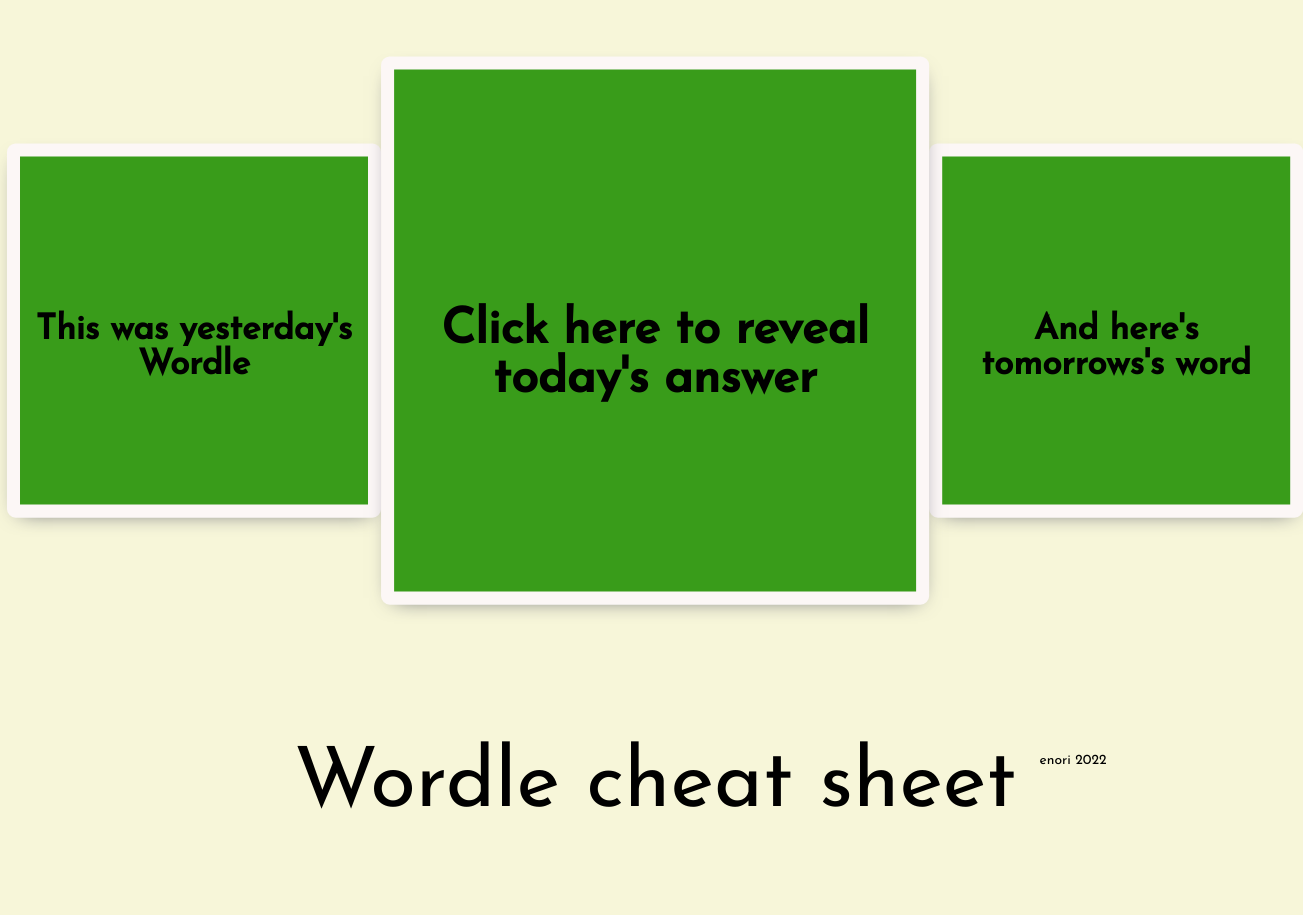
Repository: enoripl/tomorrows-wordle
Page: index.html
The author's editor kept a copy of each file at every save. The page is drawn from the files as they stood at one save, then again after the next save.
The browser window is 1280 px wide. The page is 1498 px wide, so the pictures cover 1498 px, including what lies to the right of the window. The pictures show the whole page, at 87% of full size.

Above is the page before, as saved 2022-02-09 19:49:16.

After the next save:
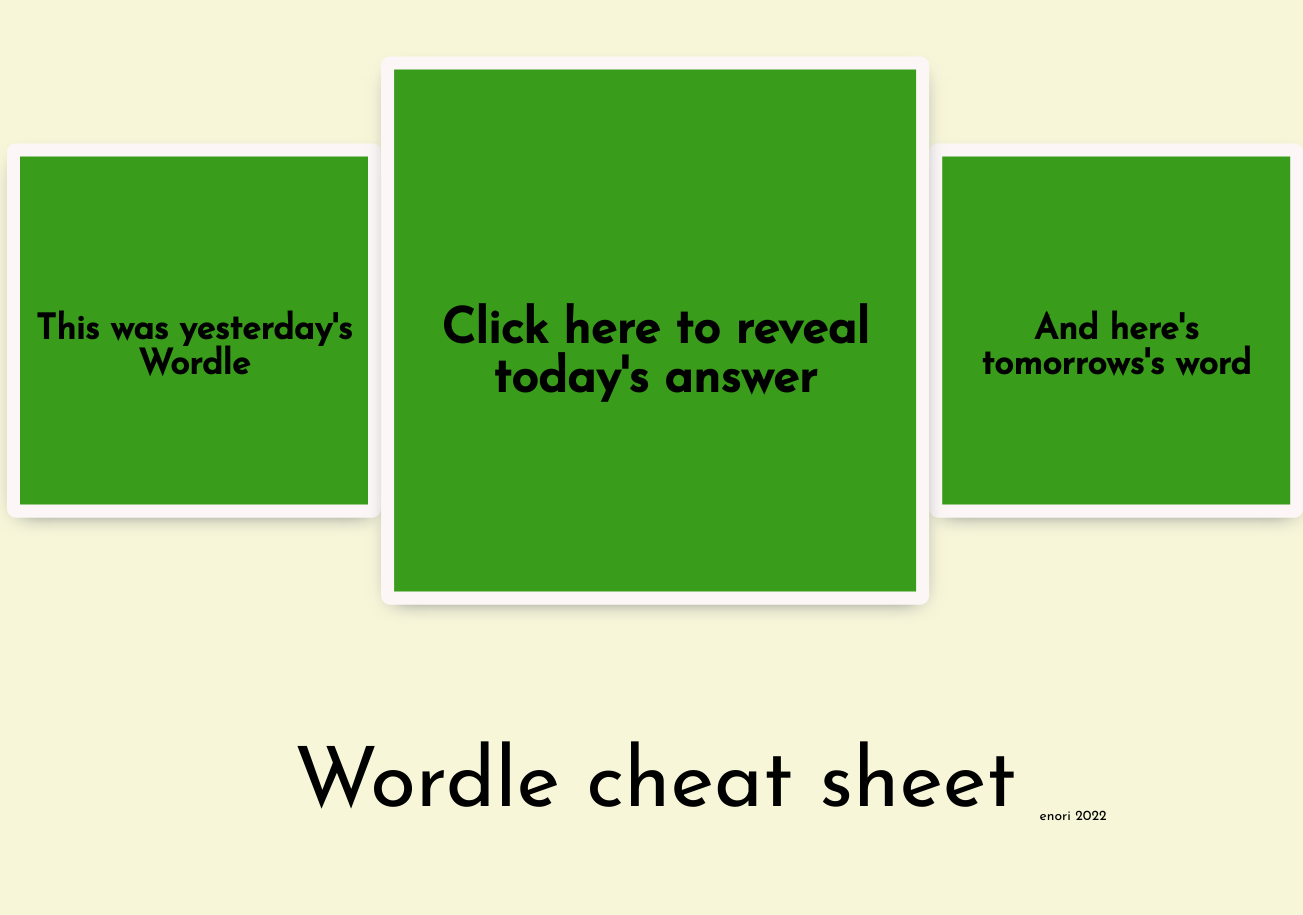
Saved 5 s later.
--- a/styles.css
+++ b/styles.css
@@ -70,5 +70,5 @@
 footer {
     display: flex;
     flex-direction: row-reverse;
-    margin-top: -10vh;
+    margin-top: -1vh;
 }
